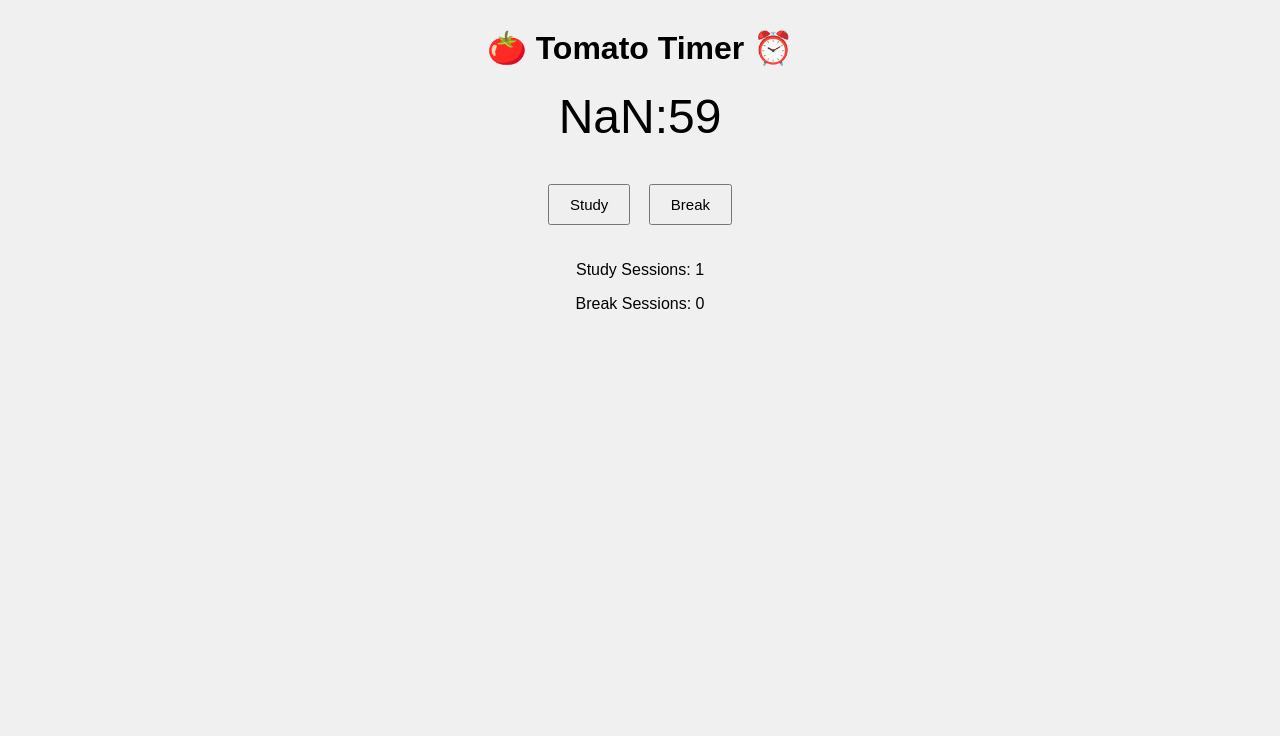
Repository: valentinaarojas/tomato-timer
Page: index.html
The author's editor kept a copy of each file at every save. The page is drawn from the files as they stood at one save, then again after the next save.
The browser window is 1280 px wide. The pictures show the whole page.
After loading, the first visible `#study-btn` was clicked once.

Above is the page before, as saved 2025-02-06 21:57:35.

After the next save:
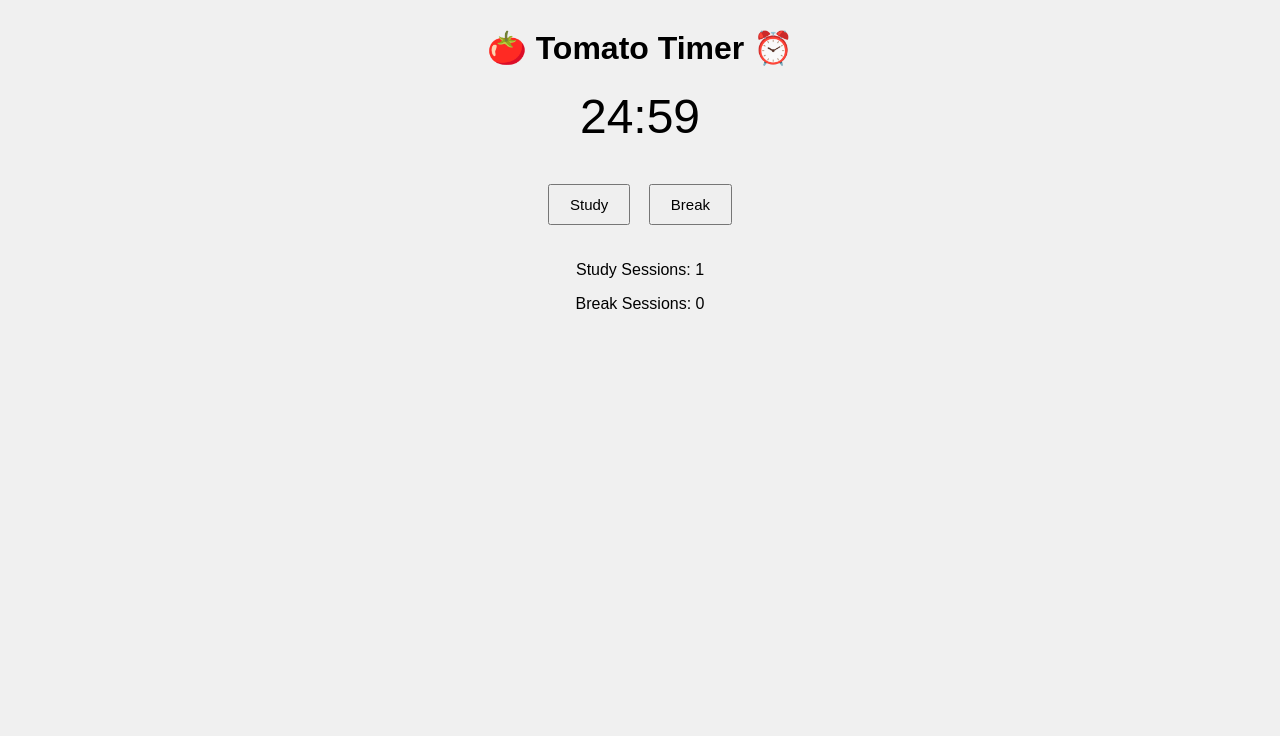
Saved 4 s later.
--- a/script.js
+++ b/script.js
@@ -13,7 +13,7 @@ document.addEventListener('DOMContentLoaded', function() {
         let currCount = parseInt(studycount.textContent);
         currCount++;
         studycount.textContent = currCount;
-        startTimer(timer);
+        startTimer(25);
     });
 
     breakbtn.addEventListener('click', function() {
